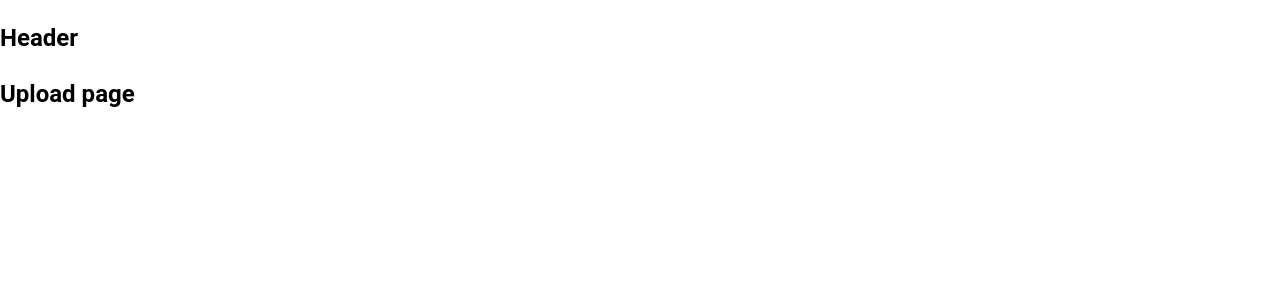
Repository: dungicloudhz/reactjs-demo
Page: /upload
The author's editor kept a copy of each file at every save. The page is drawn from the files as they stood at one save, then again after the next save.
The browser window is 1280 px wide. The pictures show the whole page.
The project was rebuilt for these pictures with package versions that can differ from the ones it lists, and the page was loaded fresh each time. Also part of the build but not shown: src/Components/Layout/HeaderOnly/index.js, src/pages/Home/index.js, src/pages/Following/index.js, src/pages/Profile/index.js. Imported but missing from the stored project, and not drawn on this page: src/Components/Layout/HeaderOnly/Header.

Above is the page before, as saved 2023-02-14 16:03:42.

### src/index.js
import React from 'react';
import ReactDOM from 'react-dom/client';
import App from '~/App';
import reportWebVitals from './reportWebVitals';
import GlobalStyles from '~/Components/GlobalStyles';

const root = ReactDOM.createRoot(document.getElementById('root'));
root.render(
    <React.StrictMode>
        <GlobalStyles>
            <App />
        </GlobalStyles>
    </React.StrictMode>,
);

// If you want to start measuring performance in your app, pass a function
// to log results (for example: reportWebVitals(console.log))
// or send to an analytics endpoint. Learn more: https://bit.ly/CRA-vitals
reportWebVitals();

### src/App.js
import { BrowserRouter as Router, Routes, Route } from 'react-router-dom';
import { Fragment } from 'react';
import { publicRoutes } from '~/routes';
import DefaultLayout from '~/Components/Layout/DefaultLayout';

function App() {
    return (
        <Router>
            <div className="App">
                <Routes>
                    {publicRoutes.map((item, index) => {
                        const Layout = item.layout === null ? Fragment : DefaultLayout;
                        const Page = item.component;
                        return (
                            <Route
                                key={index}
                                path={item.path}
                                element={
                                    <Layout>
                                        <Page />
                                    </Layout>
                                }
                            />
                        );
                    })}
                </Routes>
            </div>
        </Router>
    );
}

export default App;

### src/routes/index.js
import { HeaderOnly } from '~/Components/Layout';
import Home from '~/pages/Home';
import Following from '~/pages/Following';
import Profile from '~/pages/Profile';
import Upload from '~/pages/Upload';

const publicRoutes = [
    {
        path: '/',
        component: Home,
    },
    {
        path: '/following',
        component: Following,
    },
    {
        path: '/profile',
        component: Profile,
    },
    {
        path: '/upload',
        component: Upload,
        layout: null,
    },
];

const privateRoutes = [];

export { publicRoutes, privateRoutes };

### src/Components/GlobalStyles/GlobalStyles.scss
@import 'normalize.css';
@import url('https://fonts.googleapis.com/css2?family=Montserrat:wght@300;400;500;600;700&display=swap');

:root {
    --primary: #fe2c55;
}

* {
    box-sizing: border-box;
}

html {
    font-size: 62.5%;
}

body {
    font-family: 'Roboto', sans-serif;
    font-size: 1.6rem;
    line-height: 1.5;
    text-rendering: optimizeSpeed;
}

### src/pages/Upload/index.js
import Header from '~/Components/Layout/DefaultLayout/Header';

function Upload() {
    return (
        <div>
            <Header />
            <div className="content">
                <h2>Upload page</h2>
            </div>
        </div>
    );
}

export default Upload;

Loaded but not shown: public/index.html (common file); src/reportWebVitals.js (common file); src/Components/GlobalStyles/index.js (common file); src/Components/Layout/index.js (common file); src/Components/Layout/DefaultLayout/Header/index.js (common file); src/Components/Layout/DefaultLayout/index.js (common file); src/Components/Layout/DefaultLayout/Sidebar/index.js (common file)

After the next save:
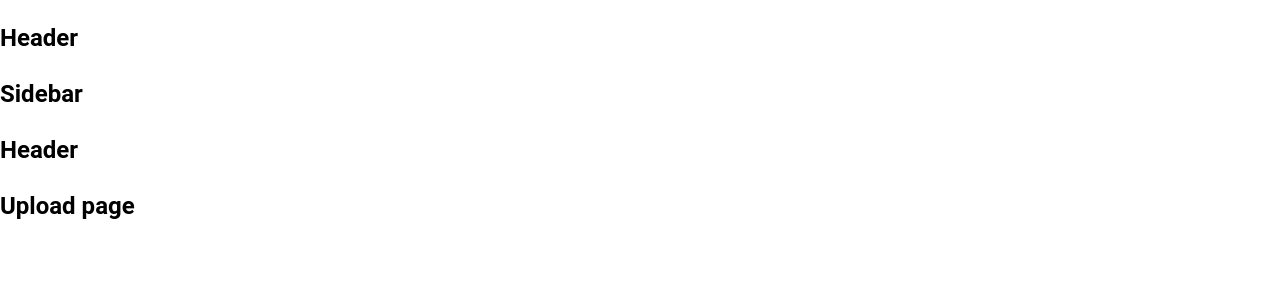
Saved 16 s later.
--- a/src/routes/index.js
+++ b/src/routes/index.js
@@ -20,7 +20,7 @@
     {
         path: '/upload',
         component: Upload,
-        layout: null,
+        layout: HeaderOnly,
     },
 ];
 
